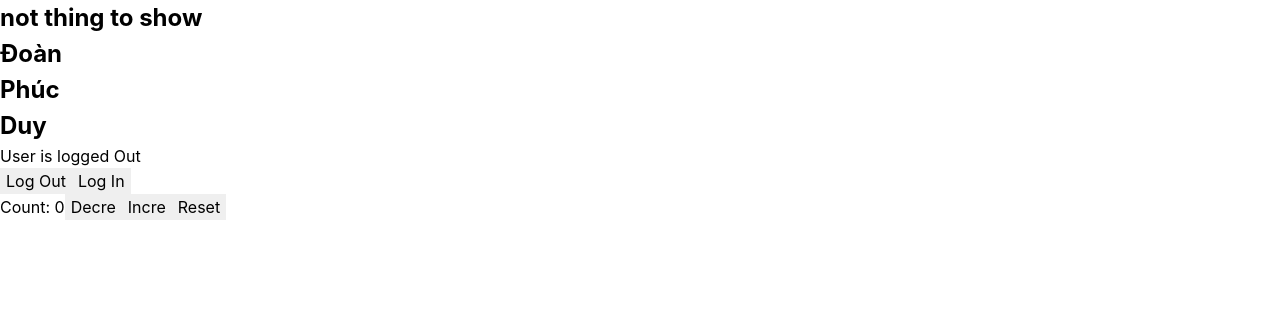
Repository: ledoanmk43/Demo_typescript
Page: /
The author's editor kept a copy of each file at every save. The page is drawn from the files as they stood at one save, then again after the next save.
The browser window is 1280 px wide. The pictures show the whole page.
The project was rebuilt for these pictures with package versions that can differ from the ones it lists, and the page was loaded fresh each time.

Above is the page before, as saved 2022-03-08 14:18:02.

### src/App.tsx
import React from "react";

import "./App.css";
import Greeting from "./components/Greeting";
import Login from "./components/state/Login";
import Counter from "./components/state/Counter";
import DomRef from "./components/ref/DomRef";

function App() {
  // const Name = {
  //   firstName: "Đoàn",
  //   lastName: "Lê",
  // };

  const nameList = [
    {
      firstName: "Đoàn",
      lastName: "Lê",
    },
    {
      firstName: "Phúc",
      lastName: "Lê",
    },
    {
      firstName: "Duy",
      lastName: "Lê",
    },
  ];
  return (
    <div className="App">
      <Greeting nameProps={nameList} />
      <Login />
      <Counter />
      <DomRef />
    </div>
  );
}

export default App;

### src/App.css
*,
*::before,
*::after {
  box-sizing: border-box;
}
* {
  margin: 0;
}

html,
body {
  height: 100%;
}
body {
  line-height: 1.5;
  -webkit-font-smoothing: antialiased;
  -webkit-tap-highlight-color: rgba(0, 0, 0, 0);
}

img,
picture,
video,
canvas,
svg {
  display: block;
  max-width: 100%;
}
input,
button,
textarea,
select {
  font: inherit;
  outline: none;
  border: none;
}
p,
h1,
h2,
h3,
h4,
h5,
h6 {
  overflow-wrap: break-word;
}

### src/components/Greeting.tsx
import React from "react";

// type GreetingProps = {
//   nameProps: string; //we can also assign value like 'Doan' | 'Duy' | 'Phuc' - if there are more than 1 value for the props and we have to to check cases base on these value
// };

type GreetingProps = {
  nameProps: {
    firstName: string;
    lastName: string;
  }[]; //adding [] at the end if prop is an array

  emptyProps?: string;
};

const Greeting = (props: GreetingProps) => {
  const { emptyProps = "not thing to show" } = props;
  return (
    <div>
      <h2>{emptyProps}</h2>
      {props.nameProps.map((prop) => (
        <h2 key={prop.firstName}>{prop.firstName}</h2>
      ))}
    </div>
  );
};

export default Greeting;

### src/components/state/Login.tsx
import React, { useState } from "react";

type User = {
  userName: string;
  passWord: string;
};

const Login = () => {
  const [isLoggedin, setIsLoggedin] = useState(false);
  // const [user, setUser] = useState<User | null>(null);
  const [user, setUser] = useState({} as User);

  const logIn = () => {
    setIsLoggedin(true);
    setUser({
      userName: "abc",
      passWord: "123",
    });
    console.log(user);
  };
  const logOut = () => {
    setIsLoggedin(false);
    console.log(user);
  };
  return (
    <div>
      <div>User is {isLoggedin ? "logged In" : "logged Out"}</div>
      <button onClick={logOut}>Log Out</button>
      <button onClick={logIn}>Log In</button>
    </div>
  );
};

export default Login;

### src/components/state/Counter.tsx
import { useReducer } from "react";

const initialState = { count: 0 };

// type CounterAction = { type: "incre" | "decre" | "reset"; payload?: number };

// function reducer(state: StateCounter, action: CounterAction) {
//   switch (action.type) {
//     case "incre":
//       return { count: state.count + action.payload || 0 };
//     case "decre":
//       return { count: state.count - action.payload || 0 };
//     case "reset":
//       return initialState;
//     default:
//       return state;
//   } //this is not smart

type updateAction = { type: "incre" | "decre"; payload: number };
type resetAction = { type: "reset" };

type CounterState = { count: number };
type CounterAction = updateAction | resetAction;

function reducer(state: CounterState, action: CounterAction) {
  switch (action.type) {
    case "incre":
      return { count: state.count + action.payload };
    case "decre":
      return { count: state.count - action.payload };
    case "reset":
      return initialState;
    default:
      return state;
  }
}

const Counter = () => {
  const [state, dispatch] = useReducer(reducer, initialState);

  return (
    <div>
      Count: {state.count}
      <button onClick={() => dispatch({ type: "decre", payload: 1 })}>
        Decre
      </button>
      <button onClick={() => dispatch({ type: "incre", payload: 1 })}>
        Incre
      </button>
      <button onClick={() => dispatch({ type: "reset" })}>Reset</button>
    </div>
  );
};

export default Counter;

### src/components/ref/DomRef.tsx
import React, { useRef, useEffect } from "react";

const DomRef = () => {
  const inputRef = useRef<HTMLInputElement>(null);

  useEffect(() => {
    inputRef.current?.focus(); //focus element when component mouted
  }, []);

  return (
    <div>
      <input
        type="text"
        ref={inputRef}
        style={{ padding: "20px", backgroundColor: "#fff" }}
      />
    </div>
  );
};

export default DomRef;

Loaded but not shown: public/index.html (common file); src/index.tsx (common file); src/index.css (common file); src/reportWebVitals.ts (common file)

After the next save:
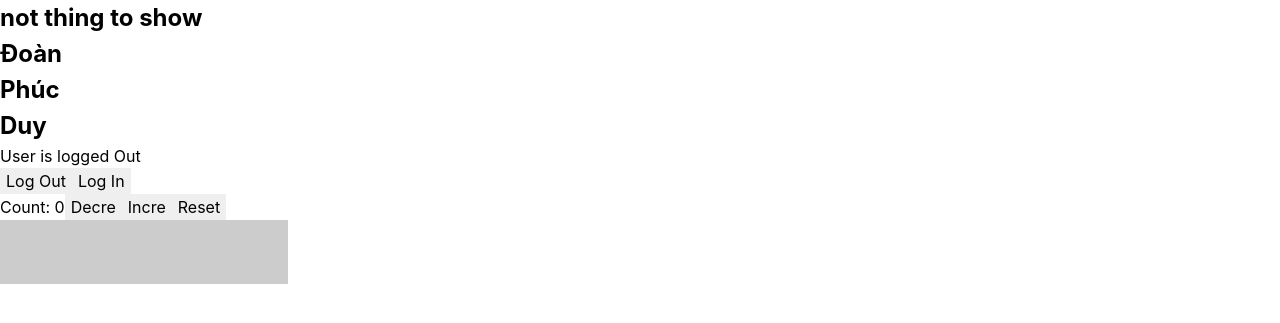
Saved 8 s later.
--- a/src/components/ref/DomRef.tsx
+++ b/src/components/ref/DomRef.tsx
@@ -12,7 +12,7 @@ const DomRef = () => {
       <input
         type="text"
         ref={inputRef}
-        style={{ padding: "20px", backgroundColor: "#fff" }}
+        style={{ padding: "20px", backgroundColor: "#ccc" }}
       />
     </div>
   );
